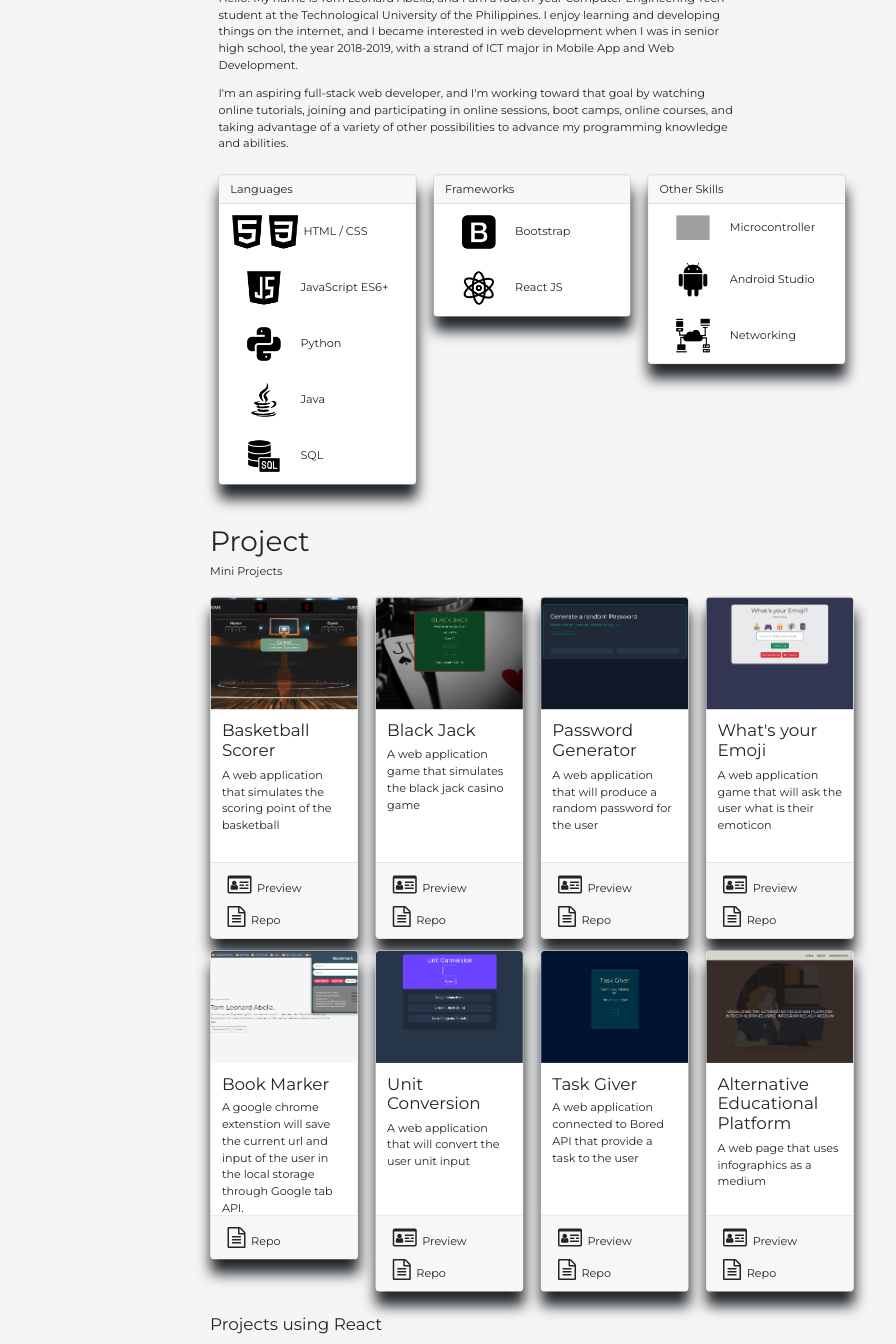
Repository: tom-abella/Portfolio
Page: index.html
The author's editor kept a copy of each file at every save. The page is drawn from the files as they stood at one save, then again after a run of saves.
The browser window is 1280 px wide. The pictures show the part of the page from y = 799 to 2719 px (the page is 3347 px tall), at 70% of full size.
Pictures or frames that could not be fetched are drawn as grey boxes.

Above is the page before, as saved 2022-11-25 11:24:55.
Console error: ReferenceError: emailjs is not defined

After the next 3 saves:
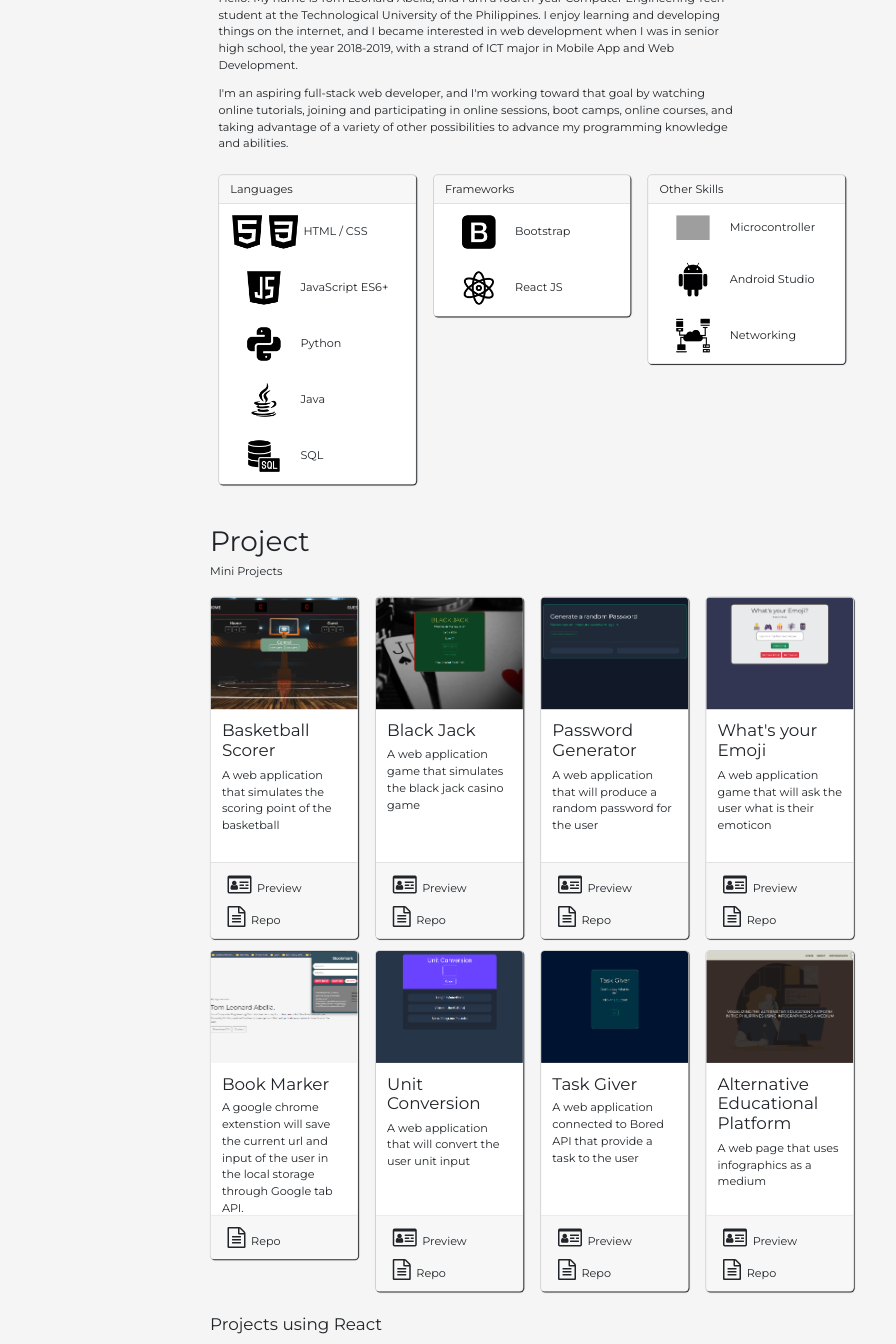
The 3 saves are shown as one change because they came seconds apart.
The last was saved 110 s later.
--- a/style.css
+++ b/style.css
@@ -17,7 +17,7 @@ img{
 
 }
 .card{
-    box-shadow: 1px 20px 20px #212529;
+    box-shadow: 1px 1px 1px #212529;
 }
 .navbar .nav-link.active{
     color:grey;
